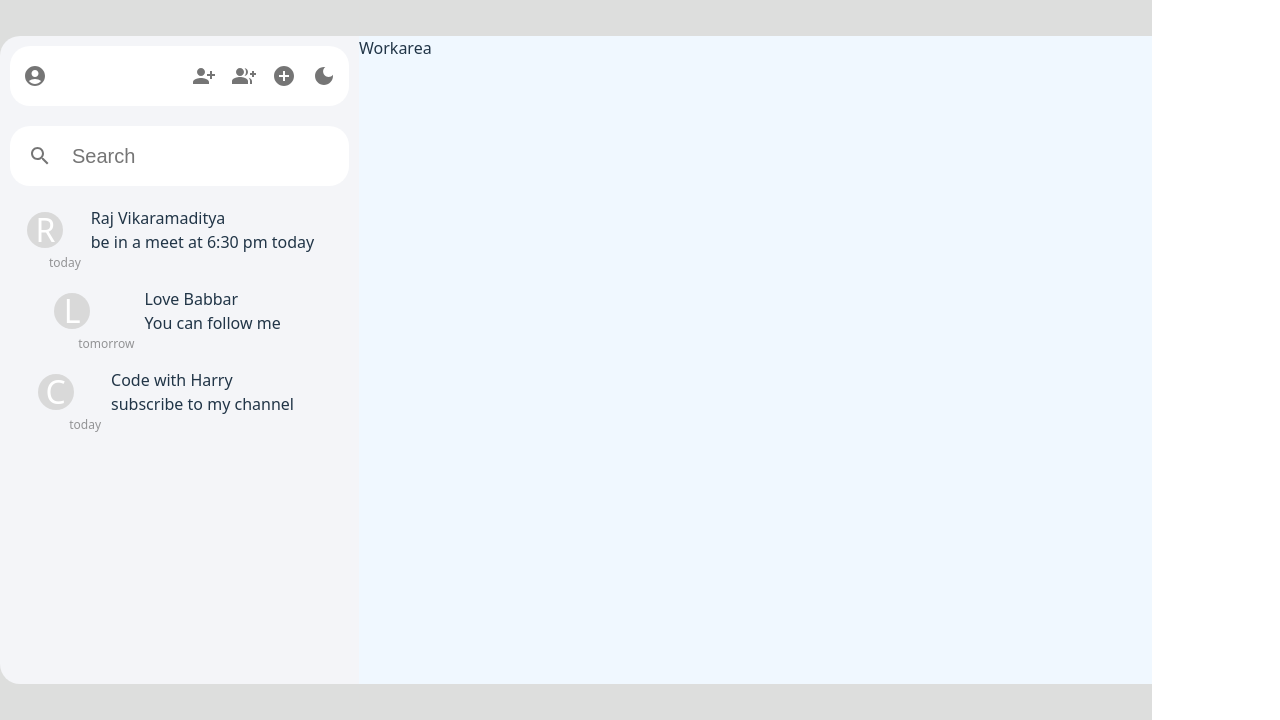
Repository: rahul-chakradhari/chat_app
Page: /
The author's editor kept a copy of each file at every save. The page is drawn from the files as they stood at one save, then again after the next save.
The browser window is 1280 px wide. The pictures show the whole page.
The project was rebuilt for these pictures with package versions that can differ from the ones it lists, and the page was loaded fresh each time.

Above is the page before, as saved 2025-02-27 15:01:51.

### index.html
<!DOCTYPE html>
<html lang="en">
  <head>
    <meta charset="UTF-8" />
    <link rel="icon" href="./live-chat.png" />

    <meta name="viewport" content="width=device-width, initial-scale=1.0" />
    <title>Vite + React</title>
  </head>
  <body>
    <div id="root"></div>
    <script type="module" src="/src/main.jsx"></script>
  </body>
</html>

### src/App.jsx
import "./App.css";
import Maincontainer from "./components/Maincontainer";

function App() {
  return (
    <div className="App">
      <Maincontainer />
    </div>
  );
}

export default App;

### src/App.css
* {
  margin: 0;
}
.App {
  background-color: #dddedd;
  min-height: 100vh;
  display: flex;
  justify-content: center;
  align-items: center;
}

### src/components/Maincontainer.jsx
import React from "react";
import "./Mystyles.css";
import Sidebar from "./Sidebar";
import Workarea from "./Workarea";
const Maincontainer = () => {
  return (
    <div className="main">
      <Sidebar />
      <Workarea />
    </div>
  );
};

export default Maincontainer;

### src/components/Mystyles.css
.main {
  background-color: #f4f5f8;
  height: 90vh;
  width: 90vw;
  display: flex;
  border-radius: 20px;
}
.side {
  flex: 0.3;
  display: flex;
  flex-direction: column;
}
.work {
  background-color: aliceblue;
  flex: 0.7;
}
.headers {
  background-color: white;
  border-radius: 20px;
  padding: 10px 5px;
  margin: 10px;
  display: flex;
  justify-content: space-between;
}
.search {
  background-color: white;
  border-radius: 20px;
  padding: 10px 10px;
  margin: 10px;
  display: flex;
  align-items: center;
}
.box {
  outline-width: 0;
  border: none;
  font-size: 1.25rem;
  margin-left: 10px;
}
.conver {
  background-color: white;
  border-radius: 20px;
  padding: 10px 5px;
  margin: 10px;
  flex: 1;
}
.conversationitem {
  display: grid;
  grid-template-columns: auto auto;
  grid-template-rows: auto auto;
  column-gap: 10px;
  padding: 5px;
  margin: 5px;
  border-radius: 20px;
}
.icon {
  grid-area: 1/1/3/2;
  display: flex;
  justify-content: center;
  align-items: center;
  background-color: #d9d9d9;
  font-size: 2rem;
  color: white;
  height: 32px;
  width: 32px;
  padding: 2px;
  border-radius: 50%;
  justify-self: center;
  align-self: center;
}
.title {
  grid-area: 1/2/2/4;
  font-weight: bold;
  color: rgba(0, 0, 0, 0.4);
}
.time {
  justify-self: flex-end;
  font-size: 0.75rem;
  color: rgba(0, 0, 0, 0.4);
}
.message {
  font-size: 0.5 rem;
}

### src/components/Sidebar.jsx
import React, { useState } from "react";
import AccountCircleIcon from "@mui/icons-material/AccountCircle";
import PersonAddAlt1Icon from "@mui/icons-material/PersonAddAlt1";
import GroupAddIcon from "@mui/icons-material/GroupAdd";
import AddCircleIcon from "@mui/icons-material/AddCircle";
import DarkModeIcon from "@mui/icons-material/DarkMode";
import SearchIcon from "@mui/icons-material/Search";
import Conversationitem from "./Conversationitem";
import "./Mystyles.css";
import { IconButton } from "@mui/material";

const Sidebar = () => {
  const [conversations, setConversations] = useState([
    {
      id: 1,
      name: "Raj Vikaramaditya",
      lastMessage: "be in a meet at 6:30 pm today",
      timeStamp: "today",
    },
    {
      id: 2,
      name: "Love Babbar",
      lastMessage: "You can follow me ",
      timeStamp: "tomorrow",
    },
    {
      id: 3,
      name: "Code with Harry",
      lastMessage: "subscribe to my channel",
      timeStamp: "today",
    },
  ]);

  return (
    <div className="side">
      <div className="headers">
        <div>
          <IconButton>
            <AccountCircleIcon />
          </IconButton>
        </div>
        <div>
          <IconButton>
            <PersonAddAlt1Icon />
          </IconButton>
          <IconButton>
            <GroupAddIcon />
          </IconButton>
          <IconButton>
            <AddCircleIcon />
          </IconButton>
          <IconButton>
            <DarkModeIcon />
          </IconButton>
        </div>
      </div>

      <div className="search">
        <IconButton>
          <SearchIcon />
        </IconButton>
        <input placeholder="Search" className="box" />
      </div>

      <div className="conversation">
        {conversations.map((conversation) => (
          <Conversationitem key={conversation.id} {...conversation} />
        ))}
      </div>
    </div>
  );
};

export default Sidebar;

### src/components/Workarea.jsx
import React from "react";
import "./Mystyles.css";
const Workarea = () => {
  return <div className="work">Workarea</div>;
};

export default Workarea;

### src/components/Conversationitem.jsx
import React from "react";

const Conversationitem = (props) => {
  return (
    <div className="conversationitem">
      <p className="icon">{props.name[0]}</p>
      <p className="name">{props.name}</p>
      <p className="messaage">{props.lastMessage}</p>
      <p className="time">{props.timeStamp}</p>
    </div>
  );
};

export default Conversationitem;

Loaded but not shown: src/main.jsx (common file); src/index.css (common file)

After the next save:
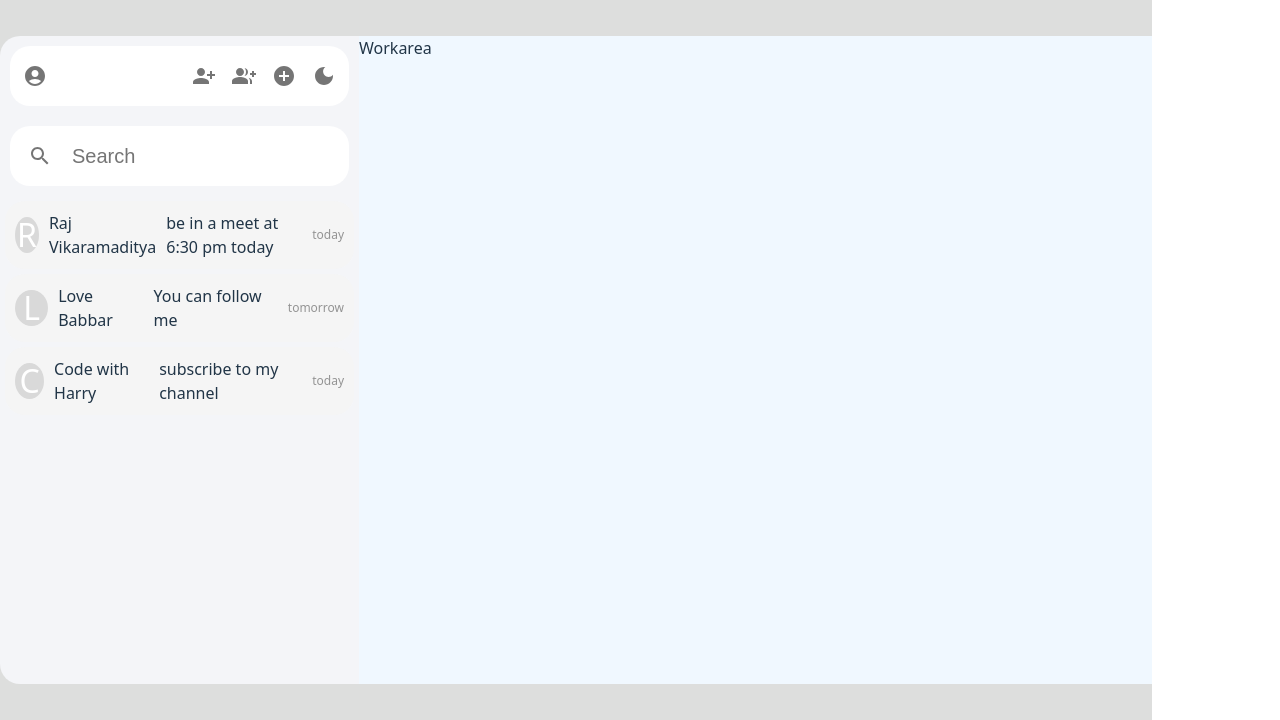
Saved 22 min 25 s later.
--- a/src/components/Mystyles.css
+++ b/src/components/Mystyles.css
@@ -44,14 +44,15 @@
   flex: 1;
 }
 .conversationitem {
-  display: grid;
-  grid-template-columns: auto auto;
-  grid-template-rows: auto auto;
-  column-gap: 10px;
-  padding: 5px;
+  display: flex;
+  align-items: center;
+  gap: 10px;
+  padding: 10px;
   margin: 5px;
   border-radius: 20px;
+  background-color: #f5f5f5; /* Optional */
 }
+
 .icon {
   grid-area: 1/1/3/2;
   display: flex;
